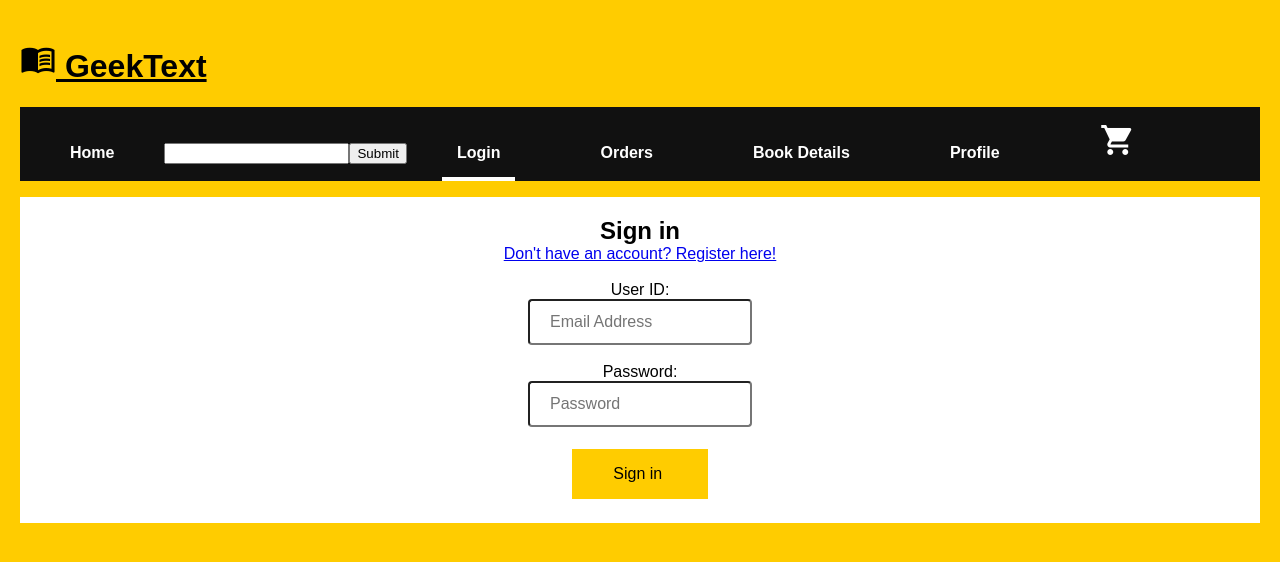
Repository: MikeAngelino/CEN4010
Page: /#/Login (app in client/)
An editor plug-in stored every save of this project. The page is shown before and after the next save, followed by the edit.
The browser window is 1280 px wide. The pictures show the whole page.
The project was rebuilt for these pictures with package versions that can differ from the ones it lists, and the page was loaded fresh each time. Also part of the build but not shown: client/src/pages/Home.js, client/src/pages/Register.js, client/src/pages/Orders.js, client/src/pages/BookDetails.js, client/src/pages/ShopCart.js, client/src/pages/Profile.js.

Above is the page before, as saved 2020-04-02 01:11:25.

After the next save:
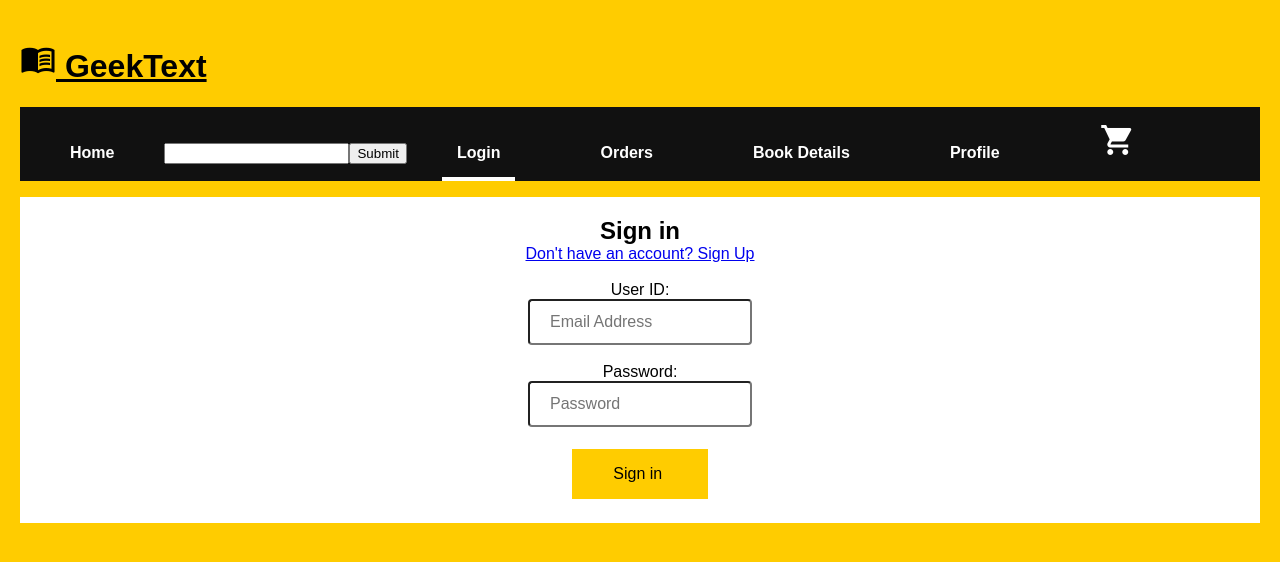
Saved 77 s later.
--- a/client/src/pages/Login.js
+++ b/client/src/pages/Login.js
@@ -25,7 +25,7 @@ const Login = () => {
 			<h2 id="login">Sign in</h2>
 			<div class="registerlink">
 				<Link to="/Register" id="registration">
-					Don't have an account? Register here!
+				Don't have an account? Sign Up
 				</Link>
 			</div>
 			<br />
